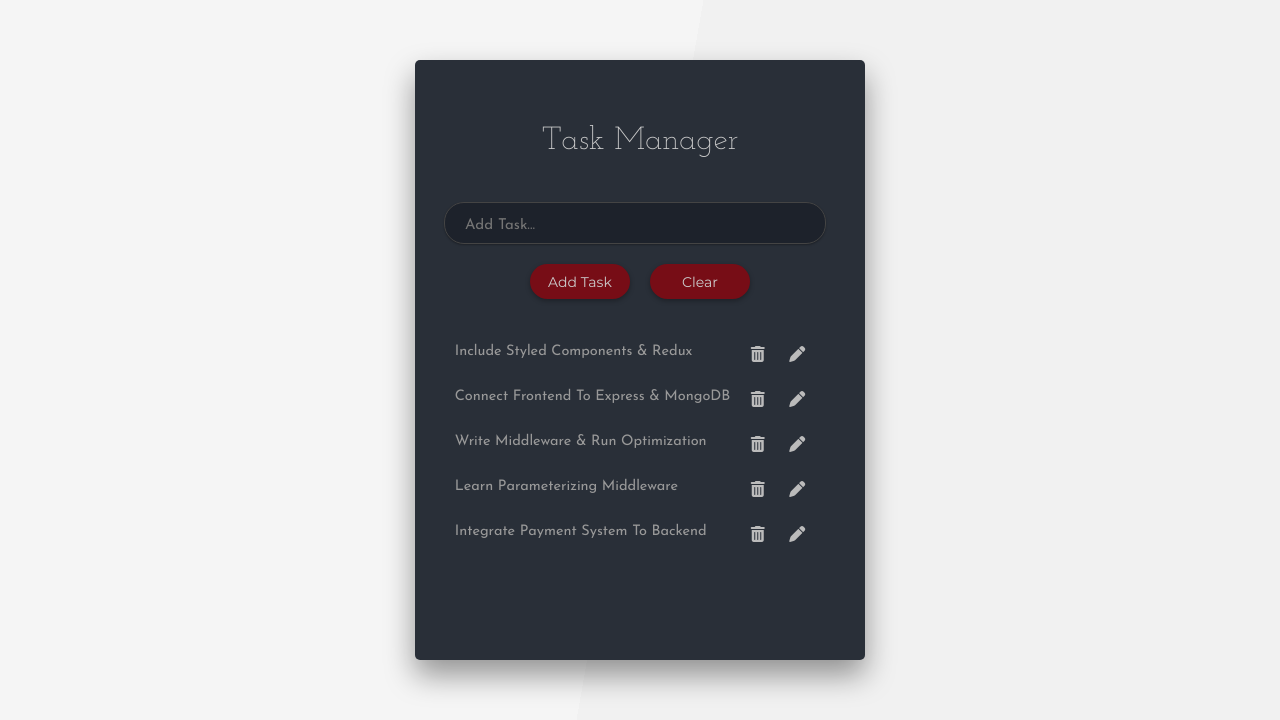
Repository: Kol124/react-task-manager
Page: /
The author's editor kept a copy of each file at every save. The page is drawn from the files as they stood at one save, then again after the next save.
The browser window is 1280 px wide. The pictures show the whole page.
Some web libraries are served in a nearby version. The project was rebuilt for these pictures with package versions that can differ from the ones it lists, and the page was loaded fresh each time.

Above is the page before, as saved 2021-06-22 18:34:11.

After the next save:
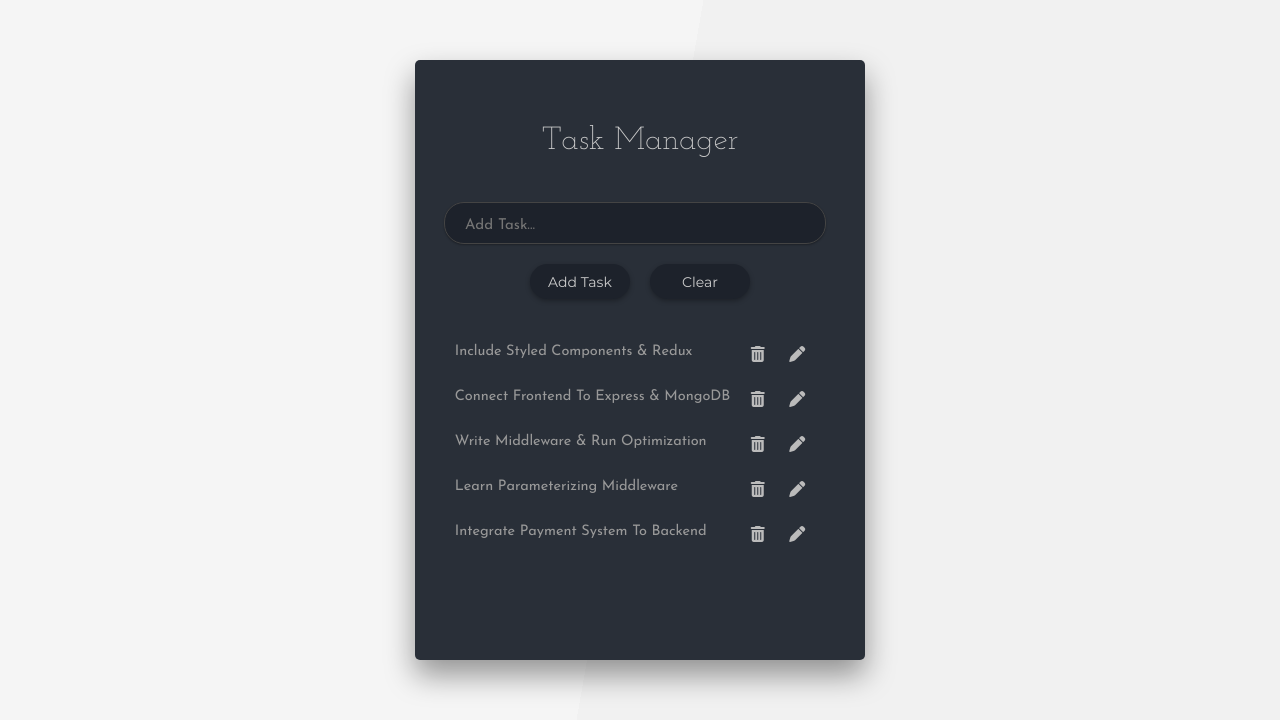
Saved 62 s later.
--- a/src/App.css
+++ b/src/App.css
@@ -99,7 +99,7 @@
 
 .add-task-btn {
   min-width: 100px;
-  background-color: #770d16;
+  background-color: #1d222b;
   color: #ccc;
   border: none;
   font-family: "Montserrat", sans-serif;
@@ -146,7 +146,7 @@
 .clear-btn {
   width: 100px;
   height: 35px;
-  background-color: #770d16;
+  background-color: #1d222b;
   color: #ccc;
   border: none;
   font-family: "Montserrat", sans-serif;
